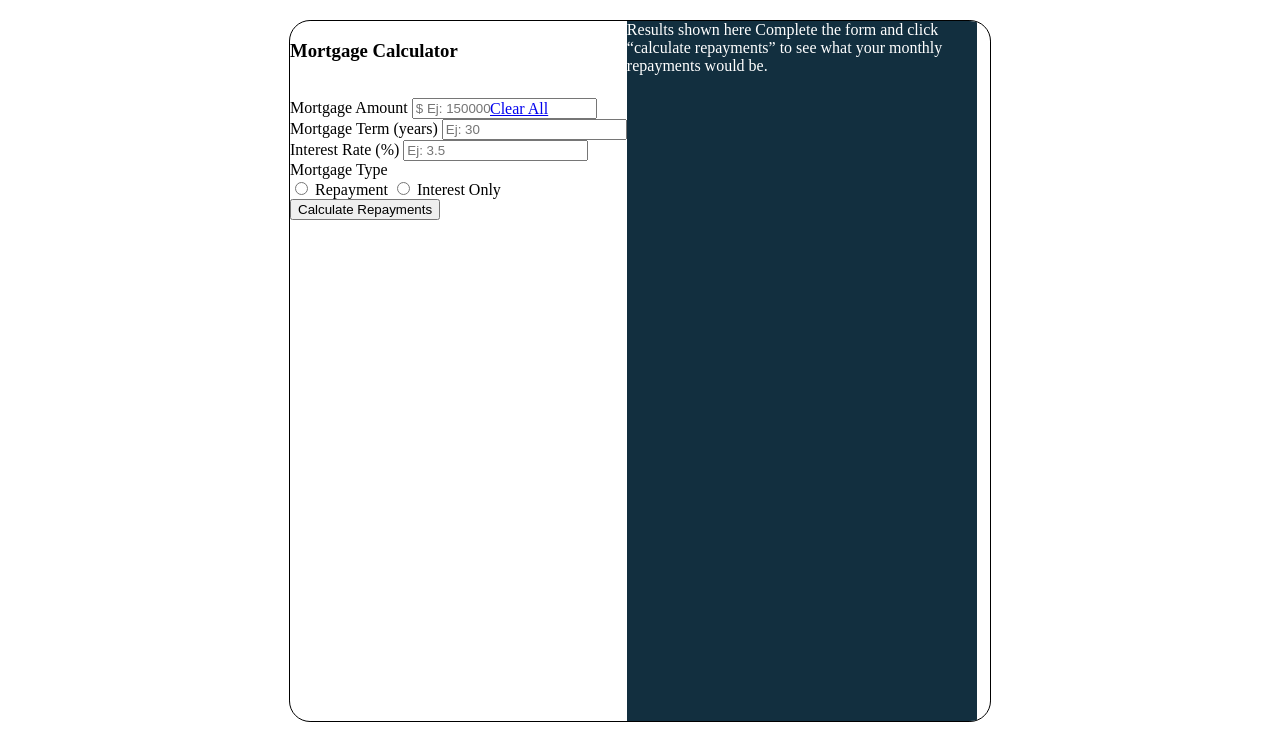
Repository: GravielPV/Mortgage-repayment-calculator
Page: index.html
These files come from the project's save history. The page is drawn as it stood at one moment and after a run of saves; the edit follows.
The browser window is 1280 px wide. The pictures show the whole page.

Above is the page before, as saved 2025-12-11 17:06:07.

After the next 3 saves:
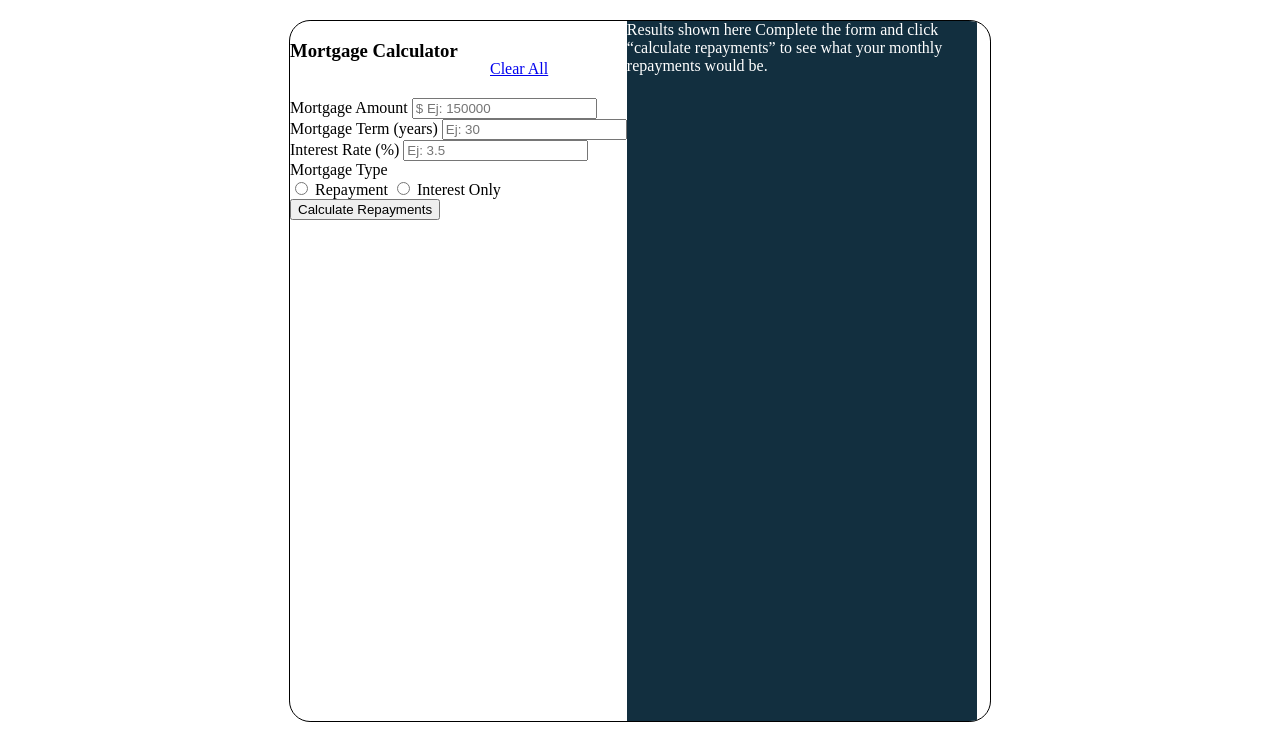
The 3 saves are shown as one change because they came seconds apart.
The last was saved 8 s later.
--- a/styles.css
+++ b/styles.css
@@ -31,6 +31,6 @@ display: flex;
 
 a{
    position: relative;
-    top: 20px;
+    top: -20px;
     left: 200px;
     }
